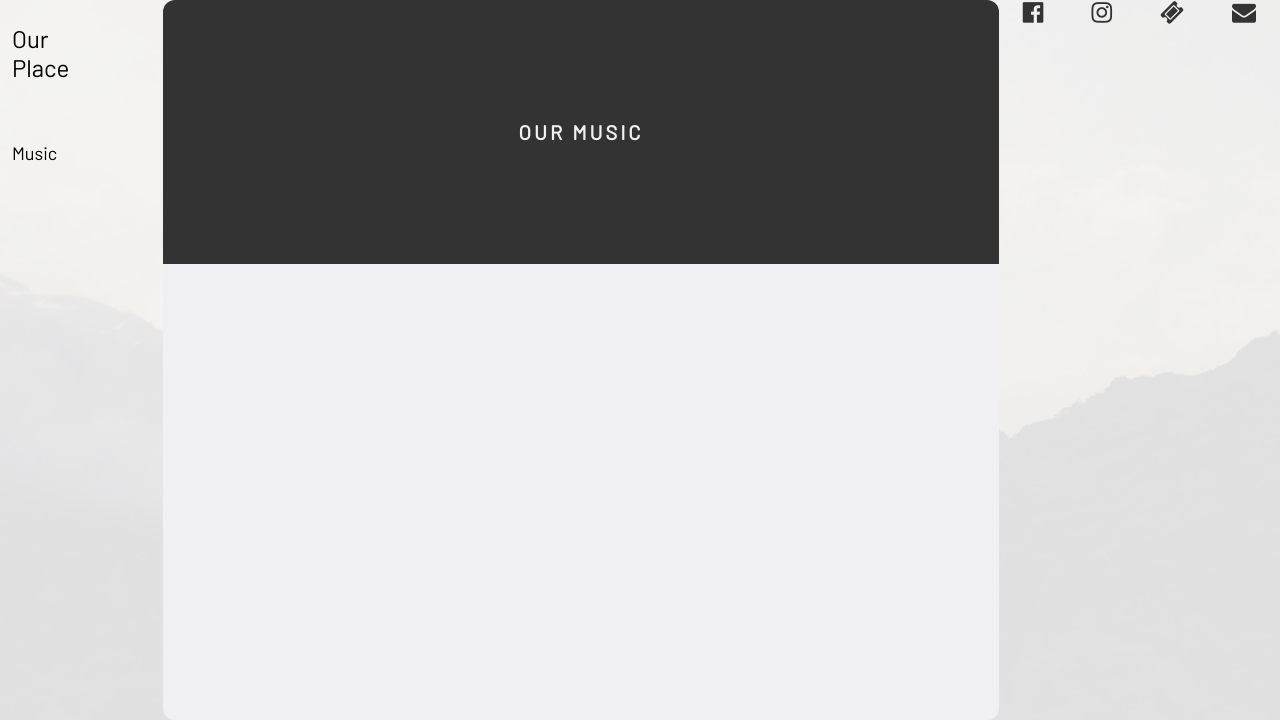
Repository: meghan-kradolfer/our-space-v1
Page: /music
An editor plug-in stored every save of this project. The page is shown before and after the next save, followed by the edit.
The browser window is 1280 px wide. The pictures show the whole page.
The project was rebuilt for these pictures with package versions that can differ from the ones it lists, and the page was loaded fresh each time. Also part of the build but not shown: src/containers/home/index.js.

Above is the page before, as saved 2017-11-17 08:54:02.

### public/index.html
<!doctype html>
<html lang="en">
<head>
    <meta charSet="utf-8" />
     <meta charset="utf-8">
    <meta name="viewport" content="width=device-width, initial-scale=1, shrink-to-fit=no">
    <meta name="theme-color" content="#000000">

    <title>Our Place</title>

    <link rel="apple-touch-icon" href="%PUBLIC_URL%/favicon.ico"/>
    <link rel="apple-touch-icon" sizes="76x76" href="%PUBLIC_URL%/favicon.ico"/>
    <link rel="apple-touch-icon" sizes="120x120" href="%PUBLIC_URL%/favicon.ico"/>
    <link rel="apple-touch-icon" sizes="152x152" href="%PUBLIC_URL%/favicon.ico"/>
    <link rel="apple-touch-icon" sizes="180x180" href="%PUBLIC_URL%/favicon.ico"/>
    <link rel="icon" sizes="192x192" href="%PUBLIC_URL%/favicon.ico"/>
    <link rel="shortcut icon" sizes="76x76" type="image/x-icon" href="%PUBLIC_URL%/favicon.ico"/>
    <link rel="mask-icon" href="%PUBLIC_URL%/favicon.ico" color="#000000"/>


    <meta name="description" content="Our Place"/>

    <meta property="og:site_name" content="Our Place"/>
    <meta property="og:title" content="Our Place"/>
    <meta property="og:description" content="Our Place"/>
    <meta property="og:type" content="website"/>
    <meta property="og:url" content="#"/>
    <meta property="og:image" content="#"/>
    <meta property="og:locale" content="en_NZ"/>

    <meta name="twitter:title" content="Our Place"/>
    <meta name="twitter:description" content="Our Place"/>
    <meta name="twitter:card" content="summary"/>
    <meta name="twitter:app:name:iphone" content="Our Place"/>
    <meta name="twitter:app:name:ipad" content="Our Place"/>
    <meta name="twitter:app:name:googleplay" content="Our Place"/>

    <link href="https://maxcdn.bootstrapcdn.com/font-awesome/4.7.0/css/font-awesome.min.css" rel="stylesheet" />

   <link href="https://fonts.googleapis.com/css?family=Crimson+Text:400,400i,600,600i,700" rel="stylesheet" />
   <link href="https://fonts.googleapis.com/css?family=Barlow" rel="stylesheet">

</head>
<body>
 <noscript>
      You need to enable JavaScript to run this app.
    </noscript>
<div id="root"></div>
</body>
</html>

### src/index.js
import React from 'react';
import ReactDOM from 'react-dom';
import {BrowserRouter as Router} from 'react-router-dom'
import './index.css';
import App from './containers/app'
import registerServiceWorker from './registerServiceWorker';

ReactDOM.render(<Router><App /></Router>, document.getElementById('root'));
registerServiceWorker();

### src/index.css
@keyframes bubble {
  100% {
    -webkit-transform: translate(-1px, 2px);
    -moz-transform: translate(-1px, 2px);
    -ms-transform: translate(-1px, 2px);
    -o-transform: translate(-1px, 2px);
    transform: translate(-1px, 2px); }
  75% {
    -webkit-transform: translate(3px, -2px);
    -moz-transform: translate(3px, -2px);
    -ms-transform: translate(3px, -2px);
    -o-transform: translate(3px, -2px);
    transform: translate(3px, -2px); }
  50% {
    -webkit-transform: translate(-1px, 1px);
    -moz-transform: translate(-1px, 1px);
    -ms-transform: translate(-1px, 1px);
    -o-transform: translate(-1px, 1px);
    transform: translate(-1px, 1px); }
  25% {
    -webkit-transform: translate(1px, 2px);
    -moz-transform: translate(1px, 2px);
    -ms-transform: translate(1px, 2px);
    -o-transform: translate(1px, 2px);
    transform: translate(1px, 2px); }
  0% {
    -webkit-transform: translate(-1px, -2px);
    -moz-transform: translate(-1px, -2px);
    -ms-transform: translate(-1px, -2px);
    -o-transform: translate(-1px, -2px);
    transform: translate(-1px, -2px); } }

@-webkit-keyframes bubble {
  100% {
    -webkit-transform: translate(-1px, 2px);
    -moz-transform: translate(-1px, 2px);
    -ms-transform: translate(-1px, 2px);
    -o-transform: translate(-1px, 2px);
    transform: translate(-1px, 2px); }
  75% {
    -webkit-transform: translate(3px, -2px);
    -moz-transform: translate(3px, -2px);
    -ms-transform: translate(3px, -2px);
    -o-transform: translate(3px, -2px);
    transform: translate(3px, -2px); }
  50% {
    -webkit-transform: translate(-1px, 1px);
    -moz-transform: translate(-1px, 1px);
    -ms-transform: translate(-1px, 1px);
    -o-transform: translate(-1px, 1px);
    transform: translate(-1px, 1px); }
  25% {
    -webkit-transform: translate(1px, 2px);
    -moz-transform: translate(1px, 2px);
    -ms-transform: translate(1px, 2px);
    -o-transform: translate(1px, 2px);
    transform: translate(1px, 2px); }
  0% {
    -webkit-transform: translate(-1px, -2px);
    -moz-transform: translate(-1px, -2px);
    -ms-transform: translate(-1px, -2px);
    -o-transform: translate(-1px, -2px);
    transform: translate(-1px, -2px); } }

@keyframes bubblebubble {
  50% {
    -webkit-transform: translate(0px, -130px);
    -moz-transform: translate(0px, -130px);
    -ms-transform: translate(0px, -130px);
    -o-transform: translate(0px, -130px);
    transform: translate(0px, -130px);
    opacity: 0; }
  40% {
    -webkit-transform: translate(3px, -90px);
    -moz-transform: translate(3px, -90px);
    -ms-transform: translate(3px, -90px);
    -o-transform: translate(3px, -90px);
    transform: translate(3px, -90px);
    opacity: 0.4; }
  30% {
    -webkit-transform: translate(-3px, -60px);
    -moz-transform: translate(-3px, -60px);
    -ms-transform: translate(-3px, -60px);
    -o-transform: translate(-3px, -60px);
    transform: translate(-3px, -60px);
    opacity: 0.6; }
  100% {
    opacity: 0;
    -webkit-transform: translate(0px, 0px);
    -moz-transform: translate(0px, 0px);
    -ms-transform: translate(0px, 0px);
    -o-transform: translate(0px, 0px);
    transform: translate(0px, 0px); }
  90% {
    -webkit-transform: translate(0px, -130px);
    -moz-transform: translate(0px, -130px);
    -ms-transform: translate(0px, -130px);
    -o-transform: translate(0px, -130px);
    transform: translate(0px, -130px);
    opacity: 0; }
  20% {
    -webkit-transform: translate(4px, -40px);
    -moz-transform: translate(4px, -40px);
    -ms-transform: translate(4px, -40px);
    -o-transform: translate(4px, -40px);
    transform: translate(4px, -40px);
    opacity: 0.7; }
  10% {
    -webkit-transform: translate(-4px, -20px);
    -moz-transform: translate(-4px, -20px);
    -ms-transform: translate(-4px, -20px);
    -o-transform: translate(-4px, -20px);
    transform: translate(-4px, -20px);
    opacity: 0.8; }
  0% {
    -webkit-transform: translate(0px, 0px);
    -moz-transform: translate(0px, 0px);
    -ms-transform: translate(0px, 0px);
    -o-transform: translate(0px, 0px);
    transform: translate(0px, 0px);
    opacity: 0.9; } }

@-webkit-keyframes bubblebubble {
  50% {
    -webkit-transform: translate(0px, -130px);
    -moz-transform: translate(0px, -130px);
    -ms-transform: translate(0px, -130px);
    -o-transform: translate(0px, -130px);
    transform: translate(0px, -130px);
    opacity: 0; }
  40% {
    -webkit-transform: translate(3px, -90px);
    -moz-transform: translate(3px, -90px);
    -ms-transform: translate(3px, -90px);
    -o-transform: translate(3px, -90px);
    transform: translate(3px, -90px);
    opacity: 0.4; }
  30% {
    -webkit-transform: translate(-3px, -60px);
    -moz-transform: translate(-3px, -60px);
    -ms-transform: translate(-3px, -60px);
    -o-transform: translate(-3px, -60px);
    transform: translate(-3px, -60px);
    opacity: 0.6; }
  100% {
    opacity: 0;
    -webkit-transform: translate(0px, 0px);
    -moz-transform: translate(0px, 0px);
    -ms-transform: translate(0px, 0px);
    -o-transform: translate(0px, 0px);
    transform: translate(0px, 0px); }
  90% {
    -webkit-transform: translate(0px, -130px);
    -moz-transform: translate(0px, -130px);
    -ms-transform: translate(0px, -130px);
    -o-transform: translate(0px, -130px);
    transform: translate(0px, -130px);
    opacity: 0; }
  20% {
    -webkit-transform: translate(4px, -40px);
    -moz-transform: translate(4px, -40px);
    -ms-transform: translate(4px, -40px);
    -o-transform: translate(4px, -40px);
    transform: translate(4px, -40px);
    opacity: 0.7; }
  10% {
    -webkit-transform: translate(-4px, -20px);
    -moz-transform: translate(-4px, -20px);
    -ms-transform: translate(-4px, -20px);
    -o-transform: translate(-4px, -20px);
    transform: translate(-4px, -20px);
    opacity: 0.8; }
  0% {
    -webkit-transform: translate(0px, 0px);
    -moz-transform: translate(0px, 0px);
    -ms-transform: translate(0px, 0px);
    -o-transform: translate(0px, 0px);
    transform: translate(0px, 0px);
    opacity: 0.9; } }

/* ==========================================================================
   Normalize.scss settings
   ========================================================================== */
/**
 * Includes legacy browser support IE6/7
 *
 * Set to false if you want to drop support for IE6 and IE7
 */
/* Base
   ========================================================================== */
/**
 * 1. Set default font family to sans-serif.
 * 2. Prevent iOS and IE text size adjust after device orientation change,
 *    without disabling user zoom.
 * 3. Corrects text resizing oddly in IE 6/7 when body `font-size` is set using
 *  `em` units.
 */
html {
  font-family: sans-serif;
  /* 1 */
  -ms-text-size-adjust: 100%;
  /* 2 */
  -webkit-text-size-adjust: 100%;
  /* 2 */ }

/**
 * Remove default margin.
 */
body {
  margin: 0; }

/* HTML5 display definitions
   ========================================================================== */
/**
 * Correct `block` display not defined for any HTML5 element in IE 8/9.
 * Correct `block` display not defined for `details` or `summary` in IE 10/11
 * and Firefox.
 * Correct `block` display not defined for `main` in IE 11.
 */
article,
aside,
details,
figcaption,
figure,
footer,
header,
hgroup,
main,
menu,
nav,
section,
summary {
  display: block; }

/**
 * 1. Correct `inline-block` display not defined in IE 6/7/8/9 and Firefox 3.
 * 2. Normalize vertical alignment of `progress` in Chrome, Firefox, and Opera.
 */
audio,
canvas,
progress,
video {
  display: inline-block;
  /* 1 */
  vertical-align: baseline;
  /* 2 */ }

/**
 * Prevents modern browsers from displaying `audio` without controls.
 * Remove excess height in iOS 5 devices.
 */
audio:not([controls]) {
  display: none;
  height: 0; }

/**
 * Address `[hidden]` styling not present in IE 8/9/10.
 * Hide the `template` element in IE 8/9/10/11, Safari, and Firefox < 22.
 */
[hidden],
template {
  display: none; }

/* Links
   ========================================================================== */
/**
 * Remove the gray background color from active links in IE 10.
 */
a {
  background-color: transparent; }

/**
 * Improve readability of focused elements when they are also in an
 * active/hover state.
 */
a:active, a:hover {
  outline: 0; }

/* Text-level semantics
   ========================================================================== */
/**
 * Address styling not present in IE 8/9/10/11, Safari, and Chrome.
 */
abbr[title] {
  border-bottom: 1px dotted; }

/**
 * Address style set to `bolder` in Firefox 4+, Safari, and Chrome.
 */
b,
strong {
  font-weight: bold; }

/**
 * Address styling not present in Safari and Chrome.
 */
dfn {
  font-style: italic; }

/**
 * Address variable `h1` font-size and margin within `section` and `article`
 * contexts in Firefox 4+, Safari, and Chrome.
 */
h1 {
  font-size: 2em;
  margin: 0.67em 0; }

/**
 * Addresses styling not present in IE 8/9.
 */
mark {
  background: #ff0;
  color: #000; }

/**
 * Address inconsistent and variable font size in all browsers.
 */
small {
  font-size: 80%; }

/**
 * Prevent `sub` and `sup` affecting `line-height` in all browsers.
 */
sub,
sup {
  font-size: 75%;
  line-height: 0;
  position: relative;
  vertical-align: baseline; }

sup {
  top: -0.5em; }

sub {
  bottom: -0.25em; }

/* Embedded content
   ========================================================================== */
/**
 * 1. Remove border when inside `a` element in IE 8/9/10.
 * 2. Improves image quality when scaled in IE 7.
 */
img {
  border: 0; }

/**
 * Correct overflow not hidden in IE 9/10/11.
 */
svg:not(:root) {
  overflow: hidden; }

/* Grouping content
   ========================================================================== */
/**
 * Address margin not present in IE 8/9 and Safari.
 */
figure {
  margin: 1em 40px; }

/**
 * Address differences between Firefox and other browsers.
 */
hr {
  box-sizing: content-box;
  height: 0; }

/**
 * Contain overflow in all browsers.
 */
pre {
  overflow: auto; }

/**
 * Address odd `em`-unit font size rendering in all browsers.
 * Correct font family set oddly in IE 6, Safari 4/5, and Chrome.
 */
code,
kbd,
pre,
samp {
  font-family: monospace, monospace;
  font-size: 1em; }

/* Forms
   ========================================================================== */
/**
 * Known limitation: by default, Chrome and Safari on OS X allow very limited
 * styling of `select`, unless a `border` property is set.
 */
/**
 * 1. Correct color not being inherited.
 *  Known issue: affects color of disabled elements.
 * 2. Correct font properties not being inherited.
 * 3. Address margins set differently in Firefox 4+, Safari, and Chrome.
 * 4. Improves appearance and consistency in all browsers.
 */
button,
input,
optgroup,
select,
textarea {
  color: inherit;
  /* 1 */
  font: inherit;
  /* 2 */
  margin: 0;
  /* 3 */ }

/**
 * Address `overflow` set to `hidden` in IE 8/9/10/11.
 */
button {
  overflow: visible; }

/**
 * Address inconsistent `text-transform` inheritance for `button` and `select`.
 * All other form control elements do not inherit `text-transform` values.
 * Correct `button` style inheritance in Firefox, IE 8/9/10/11, and Opera.
 * Correct `select` style inheritance in Firefox.
 */
button,
select {
  text-transform: none; }

/**
 * 1. Avoid the WebKit bug in Android 4.0.* where (2) destroys native `audio`
 *  and `video` controls.
 * 2. Correct inability to style clickable `input` types in iOS.
 * 3. Improve usability and consistency of cursor style between image-type
 *  `input` and others.
 * 4. Removes inner spacing in IE 7 without affecting normal text inputs.
 *  Known issue: inner spacing remains in IE 6.
 */
button,
html input[type="button"],
input[type="reset"],
input[type="submit"] {
  -webkit-appearance: button;
  /* 2 */
  cursor: pointer;
  /* 3 */ }

/**
 * Re-set default cursor for disabled elements.
 */
button[disabled],
html input[disabled] {
  cursor: default; }

/**
 * Remove inner padding and border in Firefox 4+.
 */
button::-moz-focus-inner,
input::-moz-focus-inner {
  border: 0;
  padding: 0; }

/**
 * Address Firefox 4+ setting `line-height` on `input` using `!important` in
 * the UA stylesheet.
 */
input {
  line-height: normal; }

/**
 * 1. Address box sizing set to `content-box` in IE 8/9/10.
 * 2. Remove excess padding in IE 8/9/10.
 *  Known issue: excess padding remains in IE 6.
 */
input[type="checkbox"],
input[type="radio"] {
  box-sizing: border-box;
  /* 1 */
  padding: 0;
  /* 2 */ }

/**
 * Fix the cursor style for Chrome's increment/decrement buttons. For certain
 * `font-size` values of the `input`, it causes the cursor style of the
 * decrement button to change from `default` to `text`.
 */
input[type="number"]::-webkit-inner-spin-button,
input[type="number"]::-webkit-outer-spin-button {
  height: auto; }

/**
 * 1. Address `appearance` set to `searchfield` in Safari and Chrome.
 * 2. Address `box-sizing` set to `border-box` in Safari and Chrome.
 */
input[type="search"] {
  -webkit-appearance: textfield;
  /* 1 */
  box-sizing: content-box;
  /* 2 */ }

/**
 * Remove inner padding and search cancel button in Safari and Chrome on OS X.
 * Safari (but not Chrome) clips the cancel button when the search input has
 * padding (and `textfield` appearance).
 */
input[type="search"]::-webkit-search-cancel-button,
input[type="search"]::-webkit-search-decoration {
  -webkit-appearance: none; }

/**
 * Define consistent border, margin, and padding.
 */
fieldset {
  border: 1px solid #c0c0c0;
  margin: 0 2px;
  padding: 0.35em 0.625em 0.75em; }

/**
 * 1. Correct `color` not being inherited in IE 8/9/10/11.
 * 2. Remove padding so people aren't caught out if they zero out fieldsets.
 * 3. Corrects text not wrapping in Firefox 3.
 * 4. Corrects alignment displayed oddly in IE 6/7.
 */
legend {
  border: 0;
  /* 1 */
  padding: 0;
  /* 2 */ }

/**
 * Remove default vertical scrollbar in IE 8/9/10/11.
 */
textarea {
  overflow: auto; }

/**
 * Don't inherit the `font-weight` (applied by a rule above).
 * NOTE: the default cannot safely be changed in Chrome and Safari on OS X.
 */
optgroup {
  font-weight: bold; }

/* Tables
   ========================================================================== */
/**
 * Remove most spacing between table cells.
 */
table {
  border-collapse: collapse;
  border-spacing: 0; }

td,
th {
  padding: 0; }

a {
  color: inherit; }

* {
  box-sizing: border-box; }

html,
body {
  height: 100%;
  font-size: 12px; }

html {
  background-image: url("/assets/img/bg.jpg");
  background-size: cover; }

body {
  background-color: rgba(244, 244, 244, 0.9); }

img {
  max-width: 100%; }

.container {
  padding: 0;
  margin: 0;
  list-style: none;
  height: 100vh;
  -ms-box-orient: horizontal;
  display: flex;
  justify-content: space-around;
  flex-flow: row wrap;
  align-items: stretch; }

header {
  flex: 1;
  height: 100vh;
  overflow: scroll; }

main {
  font-family: "Barlow", sans-serif;
  flex: 6;
  height: 100vh;
  background: #F0F0F2;
  overflow: scroll;
  border-radius: 1rem; }

h1 {
  font-weight: 600;
  color: rgba(47, 47, 47, 0.98);
  text-transform: uppercase;
  font-size: 20px;
  letter-spacing: 3px;
  padding: 1rem;
  margin: 0; }

h2 {
  background-color: rgba(47, 47, 47, 0.98);
  font-weight: 600;
  color: #F0F0F2;
  text-transform: uppercase;
  font-size: 20px;
  letter-spacing: 3px;
  padding: 1rem;
  margin: 0; }

a {
  position: relative;
  text-decoration: none;
  color: inherit; }

.row {
  max-width: 80rem;
  margin: 0 auto; }

.col-12, .col-10, .col-9, .col-6, .col-4, .col-3 {
  display: inline-block;
  vertical-align: middle; }

.col-12 {
  width: 100%; }

.col-10 {
  width: 83.3%; }

.col-9 {
  width: 75%; }

.col-6 {
  width: 50%; }

.col-4 {
  width: 33.3%; }

.col-3 {
  width: 25%; }

.top-banner {
  background-color: rgba(47, 47, 47, 0.98); }
  .top-banner h1 {
    color: #F0F0F2;
    padding: 10rem 0;
    text-align: center; }

header {
  font-family: "Barlow", sans-serif;
  padding: 1rem 0;
  font-size: 1.5rem;
  padding: 0 1rem; }
  header .flex-item {
    display: flex;
    flex-direction: column; }
  header .logo {
    font-size: 2rem;
    padding: 2rem 0 5rem 0; }
  header .nav-item {
    flex-direction: column;
    color: rgba(47, 47, 47, 0.98);
    padding: 1rem 0;
    border-top: 1px solid rgba(47, 47, 47, 0.98);
    padding-bottom: 4rem; }
    header .nav-item:hover {
      color: #66857B;
      border-color: #66857B; }
  header strong {
    display: block; }

footer .social {
  text-align: center;
  color: rgba(47, 47, 47, 0.98); }
  footer .social i {
    font-size: 2rem;
    padding: 0 2rem;
    cursor: pointer; }
    footer .social i:hover {
      color: #66857B; }

### src/containers/app/index.js
import React from 'react';
import {Route, Link} from 'react-router-dom'
import Home from '../home'
import Music from '../music'
import Nav from '../../components/nav'
import Footer from '../../components/footer'
import tracker from '../../utils/google-analytics';


const App = () => (
  <div className="container">
    <Nav>
      <Link to="/">
        <strong></strong>
        <strong></strong>
      </Link>
      <Link to="/music">Music</Link>
    </Nav>
    <main>
      <Route exact path="/" component={tracker(Home)}/>
      <Route exact path="/music" component={tracker(Music)}/>
    </main>
    <Footer />
  </div>
);

export default App

### src/containers/music/index.js
import React from 'react'

const Music = () => (
  <div className="music">
   <div className="top-banner">
      <h1>Our Music</h1>
   </div>
  </div>
);

export default Music

### src/components/nav.js
import React from 'react'

class Nav extends React.Component {
  render() {
    return (
      <header>
        <div className="flex-item logo">
          Our <br/> Place
        </div>
        <nav className="flex-item">
          {this.props.children}
          <p></p>
        </nav>
      </header>
    )
  }
}

export default Nav

### src/components/footer.js
import React from 'react'
import ReactGA from 'react-ga';

class Footer extends React.Component {
  render() {
    return (
      <footer>
        <div className="social">
      <ReactGA.OutboundLink
        eventLabel="Clicked Facebook link"
        to="https://www.facebook.com/events/2013944188890159/?acontext=%7B%22ref%22%3A%2229%22%2C%22ref_notif_type%22%3A%22plan_user_invited%22%2C%22action_history%22%3A%22null%22%7D&notif_id=1506919579574345&notif_t=plan_user_invited"
        target="_blank">
        <i className="fa fa-facebook-official" aria-hidden="true"></i>
      </ReactGA.OutboundLink>
       <ReactGA.OutboundLink
        eventLabel="Clicked Instagram link"
        to="https://www.instagram.com/comedrinkstuff/"
        target="_blank">
        <i className="fa fa-instagram" aria-hidden="true"></i>
      </ReactGA.OutboundLink>
      <ReactGA.OutboundLink
        eventLabel="Clicked Eventbrite link"
        to="https://www.eventbrite.com/e/come-drink-stuff-01-vulcan-brewers-tickets-38309428532"
        target="_blank">
        <i className="fa fa-ticket" aria-hidden="true"></i>
      </ReactGA.OutboundLink>
      <ReactGA.OutboundLink
        eventLabel="Clicked Email link"
        to="mailto:info@comedrinkstuff.com">
        <i className="fa fa-envelope" aria-hidden="true"></i>
      </ReactGA.OutboundLink>


    </div>
      </footer>
    )
  }
}

export default Footer

### src/utils/google-analytics.js
import React from 'react';
import ReactGA from 'react-ga';

ReactGA.initialize('UA-107493752-1');

const tracker = (WrappedComponent) => {
  const trackPage = (page) => {
    ReactGA.pageview(page);
  };

  const HOC = (props) => {
    const page = props.location.pathname;
    trackPage(page);

    return (
      <WrappedComponent {...props} />
    );
  };

  return HOC;
};

export default tracker;

Loaded but not shown: src/registerServiceWorker.js (common file)

After the next save:
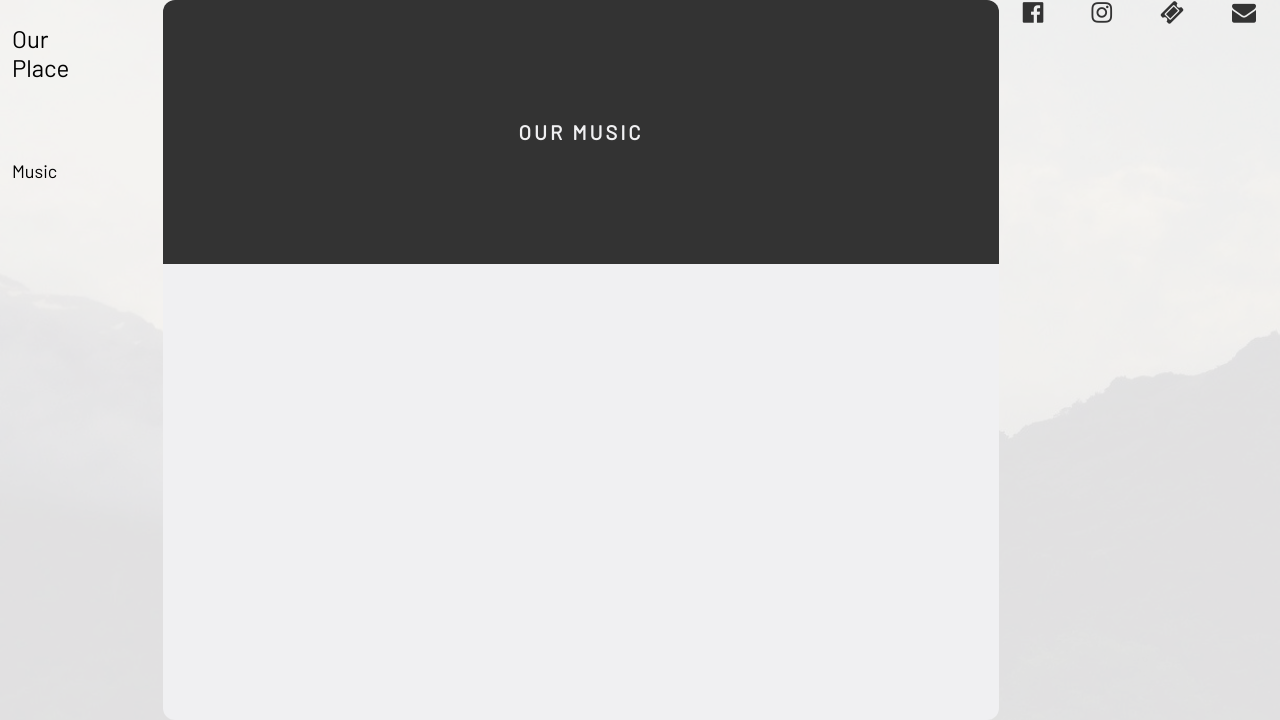
Saved 4 min 4 s later.
--- a/src/containers/app/index.js
+++ b/src/containers/app/index.js
@@ -11,8 +11,7 @@ const App = () => (
   <div className="container">
     <Nav>
       <Link to="/">
-        <strong></strong>
-        <strong></strong>
+      <p></p>
       </Link>
       <Link to="/music">Music</Link>
     </Nav>
